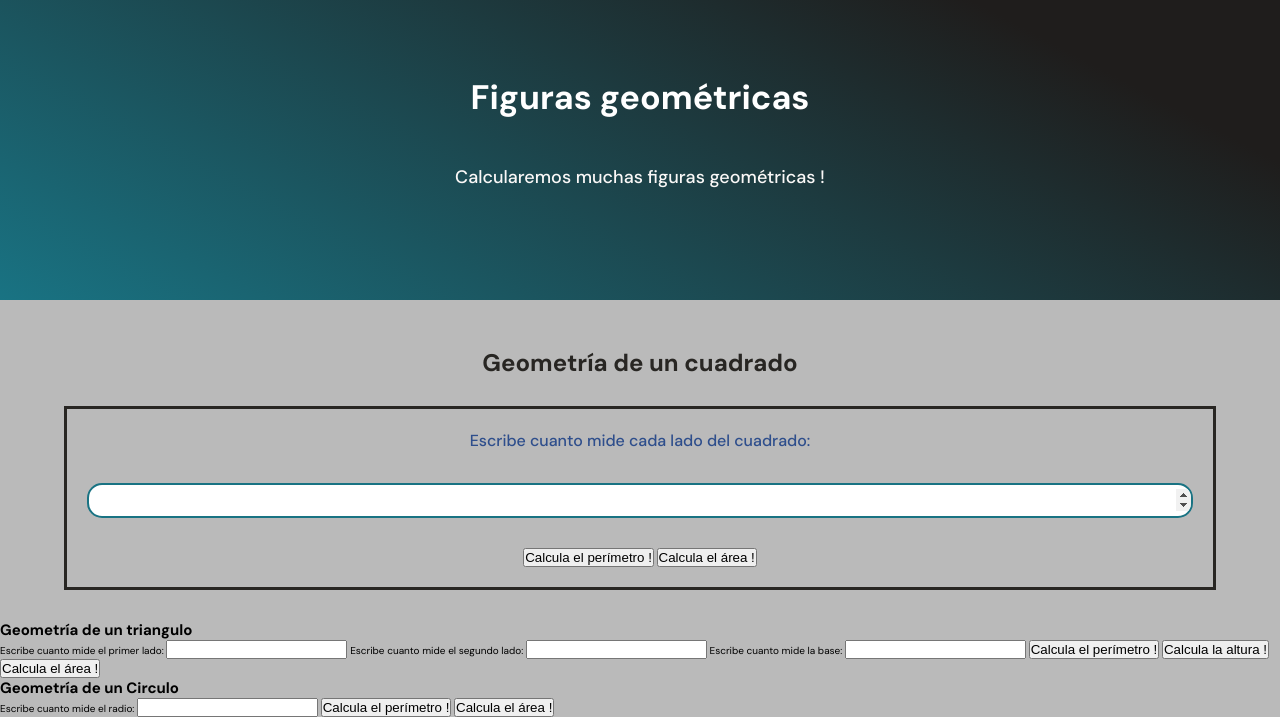
Repository: ChristianGecchelin/javascript-project
Page: javascript-project/figuras-geometricas/figuras.html
An editor plug-in stored every save of this project. The page is shown before and after the next save, followed by the edit.
The browser window is 1280 px wide. The pictures show the whole page.
The pointer rests on the first visible `.main-calculadora-form-contenedor .form--input`.

Above is the page before, as saved 2021-12-01 23:38:53.

### javascript-project/figuras-geometricas/figuras.html
<!DOCTYPE html>
<html lang="en">
  <head>
    <meta charset="UTF-8" />
    <meta http-equiv="X-UA-Compatible" content="IE=edge" />
    <meta name="viewport" content="width=device-width, initial-scale=1.0" />
    <title>Figuras geométricas | Proyecto 1</title>
    <link rel="preconnect" href="https://fonts.googleapis.com" />
    <link rel="preconnect" href="https://fonts.gstatic.com" crossorigin />
    <link
      href="https://fonts.googleapis.com/css2?family=DM+Sans:wght@400;500;700&family=Inter:wght@300;500&display=swap"
      rel="stylesheet"
    />
    <link rel="stylesheet" href="./style.css" />
  </head>
  <body>
    <header>
      <div class="header--title-container">
        <h1>Figuras geométricas</h1>
        <p>Calcularemos muchas figuras geométricas !</p>
      </div>
    </header>
    <main>
      <section class="main-calculadora-contenedor">
        <h2 class="main-calculadora-contenedor--title">
          Geometría de un cuadrado
        </h2>
        <div class="main-calculadora-form-contenedor">
          <form action="">
            <label class="form--label-input" for=""
              >Escribe cuanto mide cada lado del cuadrado:</label
            >
            <input class="form--input" type="number" id="inputCuadrado" />
            <button type="button" onclick="calcularPerimetroCuadrado()">
              Calcula el perímetro !
            </button>
            <button type="button" onclick="calcularAreaCuadrado()">
              Calcula el área !
            </button>
            <!-- type button, para quitarle el submit por defecto y que no me redireccione a ningun lado -->
          </form>
        </div>
      </section>
      <section>
        <h2>Geometría de un triangulo</h2>
        <form action="">
          <label for="">Escribe cuanto mide el primer lado:</label>
          <input type="number" id="inputLado1" />
          <label for="">Escribe cuanto mide el segundo lado:</label>
          <input type="number" id="inputLado2" />
          <label for="">Escribe cuanto mide la base:</label>
          <input type="number" id="inputBase" />
          <button type="button" onclick="calcularPerimetroTriangulo()">
            Calcula el perímetro !
          </button>
          <button type="button" onclick="calcularAlturaTriangulo()">
            Calcula la altura !
          </button>
          <button type="button" onclick="calcularAreaTriangulo()">
            Calcula el área !
          </button>
          <!-- type button, para quitarle el submit por defecto y que no me redireccione a ningun lado -->
        </form>
      </section>
      <section>
        <h2>Geometría de un Circulo</h2>
        <form action="">
          <label for="">Escribe cuanto mide el radio:</label>
          <input type="number" id="inputRadio" />
          <button type="button" onclick="calcularPerimetroCirculo()">
            Calcula el perímetro !
          </button>
          <button type="button" onclick="calcularAreaCirculo()">
            Calcula el área !
          </button>
          <!-- type button, para quitarle el submit por defecto y que no me redireccione a ningun lado -->
        </form>
      </section>
    </main>
    <script src="./figurasConFunciones.js"></script>
  </body>
</html>

### javascript-project/figuras-geometricas/style.css
:root {
  --Dark-lightblue: #197383;
  --soft-orange: #ffe9d5;
  --secondary-blue: #1a9af7;
  --soft-blue: #e7f5ff;
  --warm-black: #201e1c;
  --black: #282623;
  --grey: #bababa;
  --off-white: #faf8f7;
  --just-white: #fff;
}
* {
  box-sizing: border-box;
  margin: 0;
  padding: 0;
}
html {
  font-size: 62.5%;
  font-family: "DM Sans", sans-serif;
}
header {
  position: relative;
  display: flex;
  flex-direction: column;
  justify-content: center;
  width: 100%;
  min-width: 320px;
  height: 300px;
  text-align: center;
  background: linear-gradient(207.8deg, #1f1d1c 16.69%, #197383 100%);
}
header .header--title-container {
  width: 90%;
  min-width: 288px;
  max-width: 900px;
  height: 200px;
  text-align: center;
  align-self: center;
}
header .header--title-container h1 {
  margin-top: 30px;
  margin-bottom: 50px;
  font-size: 3.4rem;
  font-weight: 700;
  line-height: 3.6rem;
  color: var(--just-white);
}
header .header--title-container p {
  font-size: 1.8rem;
  font-weight: 500;
  line-height: 2.2rem;
  color: var(--off-white);
}
main {
  width: 100%;
  height: auto;
  background-color: var(--grey);
  min-width: 320px;
}
.main-calculadora-contenedor {
  width: 90%;
  min-width: 280px;
  height: auto;
  margin: 0 auto;
  padding-top: 50px;
  padding-bottom: 30px;
  text-align: center;
}
.main-calculadora-contenedor--title {
  margin-bottom: 30px;
  font-size: 2.4rem;
  font-weight: 700;
  line-height: 2.6rem;
  color: var(--black);
}
.main-calculadora-form-contenedor {
  display: flex;
  flex-direction: column;
  justify-content: center;
  height: auto;
  border: 3px solid var(--black);
  padding: 20px 20px;
}
.main-calculadora-form-contenedor .form--label-input {
  display: block;
  font-size: 1.6rem;
  font-weight: 500;
  line-height: 2.4rem;
  color: rgba(34, 68, 136, 0.92);
}
.main-calculadora-form-contenedor .form--input {
  display: block;
  width: 80%;
  height: 35px;
  margin: 30px auto;
  border: none;
  text-align: center;
  font-size: 2rem;
}
.main-calculadora-form-contenedor .form--input:hover {
  border: 2px solid var(--Dark-lightblue);
  width: 100%;
  border-radius: 15px;
}

### javascript-project/figuras-geometricas/figurasConFunciones.js
/* Codigo del cuadrado */
console.group("Cuadrado");
function perimetroCuadrado(lado) {
  return lado * 4;
}
/* console.log(`Perimetro del cuadrado es: ${perimetroCuadrado} cm.`); */
function areaCuadrado(lado) {
  return (
    lado ** 2
  ); /* debe estar escrito de igual manera el parametro que el return */
}

/* console.log(`El area del cuadrado es: ${areaCuadrado} cm^2.`); */
console.groupEnd();

/* Codigo del triangulo */
console.group("Triangulo");

function perimetroTriangulo(lado1, lado2, base) {
  return lado1 + lado2 + base;
}
function calcularAltura(lado1, lado2, lado3) {
  let ladosIguales;
  let ladoBase;
  let altura;

  if (
    lado1 + lado2 <= lado3 ||
    lado1 + lado3 <= lado2 ||
    lado2 + lado3 <= lado1
  ) {
    alert(
      "En un triangulo la base no puede ser mayor a la suma de sus catetos"
    );
  } else {
    switch (true) {
      case lado1 === lado2:
        ladosIguales = lado1;
        ladoBase = lado3;
        break;
      case lado1 === lado3:
        ladosIguales = lado1;
        ladoBase = lado2;
        break;
      case lado3 === lado2:
        ladosIguales = lado2;
        ladoBase = lado1;
        break;
    }
    if (!ladosIguales) {
      alert("Tu triangulo no es isosceles, ingresa la altura");
    } else {
      altura = Math.sqrt(ladosIguales ** 2 - ladoBase ** 2 / 4);
    }
  }
  return ladosIguales, ladoBase, altura;
}
function areaTriangulo(ladoBase, altura) {
  return (
    (ladoBase * altura) / 2
  ); /* tengo que llamar a la funcion altura para pasarle el dato */
}
console.groupEnd();

//Codigo Circulo
console.group("Circulo");
function diametroCirculo(radio) {
  return radio * 2;
}
const pi = Math.PI;
function circunferencia(radio) {
  const diametro = diametroCirculo(radio);
  /* llamo a una funcion dentro de otra y creo una variable que tiene alcance local */
  return diametro * pi;
}
function superficieCirculo(radio) {
  return pi * radio ** 2;
}

console.groupEnd();
/* Creo una funcion, que a traves del id obtengo lo que el usuario ingreso en el input. y con eso le saco el value que le paso
a la funcion que cree antes y es la encargada de hacer el calculo para luego mostrarse en un aler */
function calcularPerimetroCuadrado() {
  const input = document.getElementById("inputCuadrado");
  const value = input.value;
  const perimetro = perimetroCuadrado(value);
  alert(perimetro);
}
function calcularAreaCuadrado() {
  const input = document.getElementById("inputCuadrado");
  const value = input.value;
  const area = areaCuadrado(value);
  alert(area);
}

function calcularPerimetroTriangulo() {
  const inputLado1 = document.getElementById("inputLado1");
  const valueLado1 = Number(inputLado1.value);
  const inputLado2 = document.getElementById("inputLado2");
  const valueLado2 = Number(inputLado2.value);
  const inputBase = document.getElementById("inputBase");
  const valueBase = Number(inputBase.value);
  /* Es importante ponerle number porque por mas que el input tenga type number, este lo transforma como un string */
  const perimetro = perimetroTriangulo(valueLado1, valueLado2, valueBase);
  alert(perimetro);
}

function calcularAlturaTriangulo() {
  const inputLado1 = document.getElementById("inputLado1");
  const valueLado1 = Number(inputLado1.value);
  const inputLado2 = document.getElementById("inputLado2");
  const valueLado2 = Number(inputLado2.value);
  const inputBase = document.getElementById("inputBase");
  const valueBase = Number(inputBase.value);
  const alturaTriangulo = calcularAltura(valueLado1, valueLado2, valueBase);
  alert(alturaTriangulo);
}

function calcularAreaTriangulo() {
  /* const inputAltura = document.getElementById("inputAltura");
  const valueAltura = Number(inputAltura.value);
  const inputBase = document.getElementById("inputBase");
  const valueBase = inputBase.value;
  const area = areaTriangulo(valueAltura, valueBase);
  alert(area); */
  const inputLado1 = document.getElementById("inputLado1");
  const valueLado1 = Number(inputLado1.value);
  const inputLado2 = document.getElementById("inputLado2");
  const valueLado2 = Number(inputLado2.value);
  const inputBase = document.getElementById("inputBase");
  const valueBase = Number(inputBase.value);
  const altura = calcularAltura(valueLado1, valueLado2, valueBase);
  const area = areaTriangulo(valueBase, altura);
  alert(area);
}

function calcularPerimetroCirculo() {
  const inputRadio = document.getElementById("inputRadio");
  const valueRadio = inputRadio.value;
  const perimetro = circunferencia(valueRadio);
  alert(perimetro);
}
function calcularAreaCirculo() {
  const inputRadio = document.getElementById("inputRadio");
  const valueRadio = inputRadio.value;
  const superficie = superficieCirculo(valueRadio);
  alert(superficie);
}

After the next save:
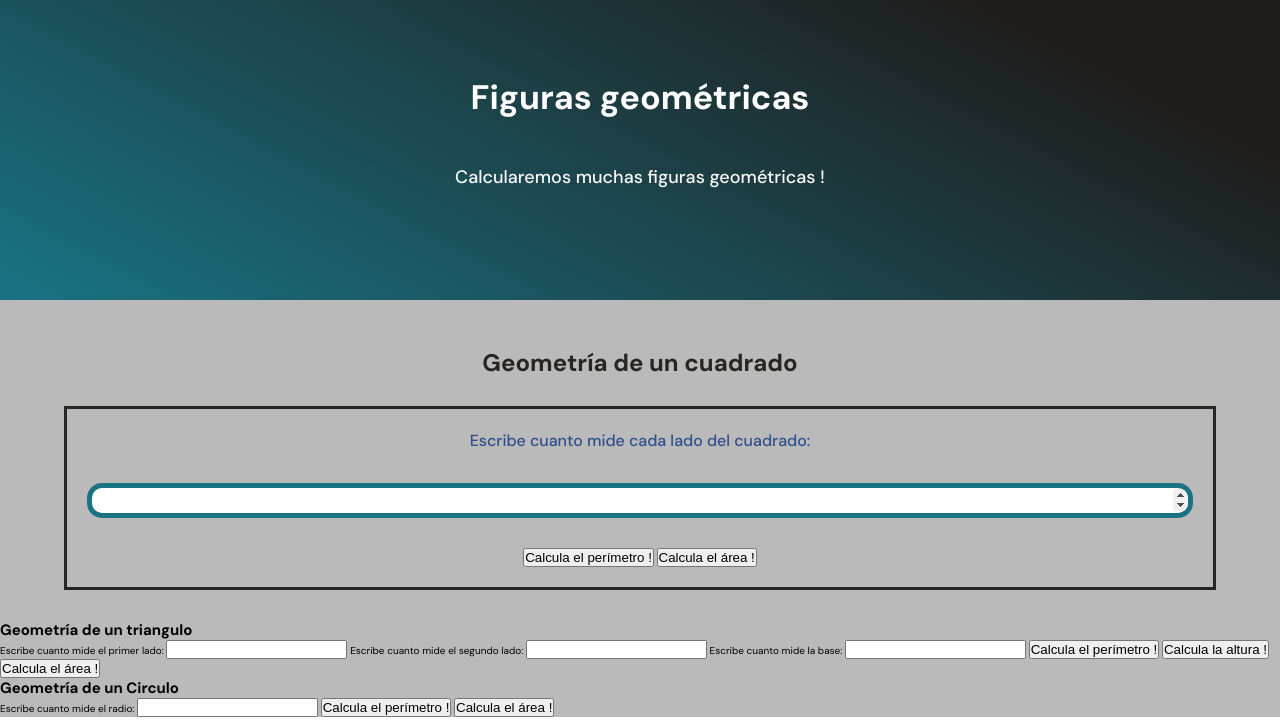
Saved 18 s later.
--- a/javascript-project/figuras-geometricas/style.css
+++ b/javascript-project/figuras-geometricas/style.css
@@ -98,7 +98,7 @@ main {
   font-size: 2rem;
 }
 .main-calculadora-form-contenedor .form--input:hover {
-  border: 2px solid var(--Dark-lightblue);
+  border: 5px solid var(--Dark-lightblue);
   width: 100%;
   border-radius: 15px;
 }
